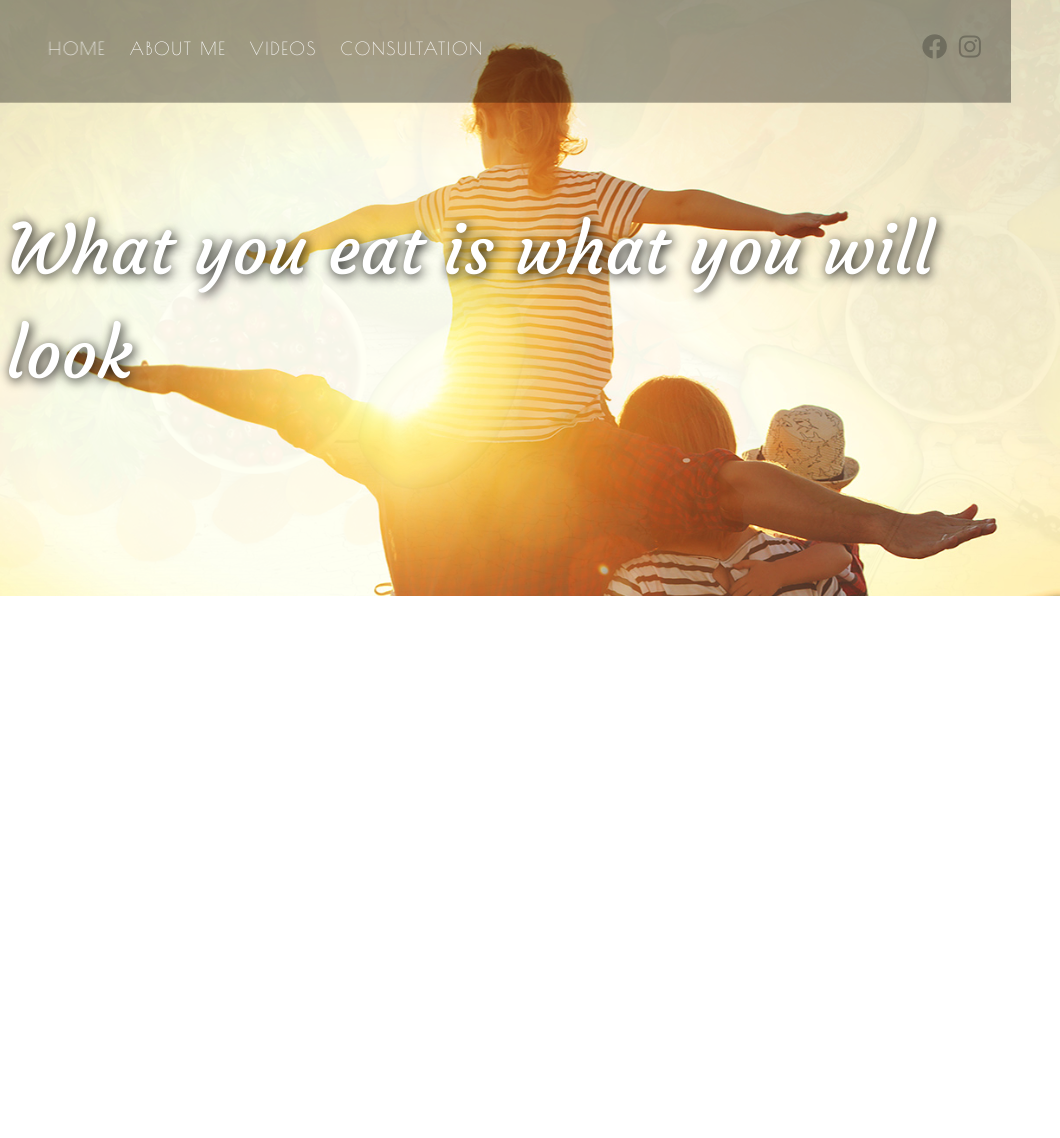
Repository: Aleksandre19/cv-ucmp
Page: index.html
The author's editor kept a record of every edit. The page is drawn from the files as they stood at one moment, then again after the next edit.
The browser window is 1280 px wide. The page is 1342 px wide, so the pictures cover 1342 px, including what lies to the right of the window. The pictures show the whole page, at 79% of full size.
Backgrounds fixed to the window are drawn as part of the page. Some web libraries are served in a nearby version.

Above is the page before.

### index.html
<!DOCTYPE html>
<html lang="en">

<head>
    <meta charset="UTF-8">
    <meta name="viewport" content="width=device-width, initial-scale=1.0">
    <meta http-equiv="X-UA-Compatible" content="ie=edge">
    <link rel="stylesheet" href="https://stackpath.bootstrapcdn.com/bootstrap/4.4.1/css/bootstrap.min.css" integrity="sha384-Vkoo8x4CGsO3+Hhxv8T/Q5PaXtkKtu6ug5TOeNV6gBiFeWPGFN9MuhOf23Q9Ifjh" crossorigin="anonymous">
    <link rel="stylesheet" href="https://cdnjs.cloudflare.com/ajax/libs/hover.css/2.3.1/css/hover-min.css" type="text/css" />
    <link rel="stylesheet" href="https://cdnjs.cloudflare.com/ajax/libs/font-awesome/5.11.2/css/all.min.css" type="text/css" />
    <link rel="stylesheet" href="assets/css/style.css" type="text/css" />
    <title>Document</title>
</head>

<body>

    <!-- All site wrapper div -->
    <div id="wrapper">

        <!-- HEADER -->
        <header class="container-fluid">
            <div class="row">

                <!-- TOP MAIN MENU -->
                <div class="col-10">
                    <nav>
                        <ul class="main-menu">
                            <li><a href="#" class="hvr-float ">home</a></li>
                            <li><a href="#" class="hvr-float">about me</a></li>
                            <li><a href="#" class="hvr-float">videos</a></li>
                            <li><a href="#" class="hvr-float">consultation</a></li>
                        </ul>
                    </nav>
                </div>
                <!-- / TOP MAIN MENU -->

                <!-- TOP SOCIAL LINKS -->
                <div class="col-2 social-links">
                    <!-- I use id sl-wrapper ro sipmly take right margin -->
                    <div id="sl-wrapper">
                        <a href="http://www.facebook.com" target="_blank"><i class="fab fa-facebook"></i></a>
                        <a href="http://www.instagram.com" target="_blank"><i class="fab fa-instagram"></i></a>
                    </div>
                </div>
                <!-- /TOP SOCIAL LINKS -->

            </div>
        </header>
        <!-- /HEADER -->

        <!-- Slideshow section-->
        <div class="slideshow-wrapper">
            <section class="sections slideshow">

            </section>
             <div class="quotes quote-1 ">

            </div>

        </div>

        <!-- /Slideshow section-->


        <!-- Individual approach section-->
        <section class="sections">

        </section>
        <!-- /Individual approach section-->


        <!-- About Me section-->
        <section>

        </section>
        <!-- /About Me section-->


        <!-- Videos section-->
        <section>

        </section>
        <!-- /Videos section-->


        <!-- Feedbacks section-->
        <section>

        </section>
        <!-- /Feedbacks section-->


        <!-- Consultation's section-->
        <section>

        </section>
        <!-- /Consultation's section-->


        <!-- footer section -->
        <footer>

        </footer>
        <!-- /footer section -->

    </div>
    <!-- / All site wrapper div -->
</body>

</html>

### assets/css/style.css
@import url('https://fonts.googleapis.com/css?family=Poiret+One|Courgette');

html,
body {
    height: 100%;
}

* {
    margin: 0;
    padding: 0;
    border: 0;
}

body {
    backgournd-color: #f6f6f6;
    font-size: 1em;
    /* I use 1.414 (Augumental forth) ratio for font scale */
}

#wrapper {
    width: 100%;
    height: 100%;
}


.sections {
    width: 100%;
    height: 100%;
    overflow: hidden;
    position: relative;
}

.slideshow-wrapper {
    width: 100%;
    height: 100%;
    position: relative;
}






/* #################### HEADER ###################### */

header {
    height: 130px;
    background-color: rgba(0, 0, 0, 0.35);
    position: fixed;
    z-index: 1;
}


/*  Main Menu */

.main-menu,
.social-links a {
    /* Aligning menu links and social icons on one line */
    line-height: 120px;
}

.main-menu {
    /* Marging menu from left */
    margin-left: 2%;
}

.main-menu li {
    list-style: none;
    display: inline;
    margin-left: 25px;
}

.main-menu li a {
    font-family: "Poiret One";
    font-size: 1em;
    text-transform: uppercase;
    color: #fff;
    letter-spacing: 2px;
    transition: all 0.35s ease-in-out;
    -webkit-transition: all 0.35s ease-in-out;
    -moz-transition: all 0.35s ease-in-out;
    -o-transition: all 0.35s ease-in-out;
}

.main-menu li a:hover {
    text-decoration: none;
    color: #00dddb;
}

/* END Main Menu */

/* Social Links */

.social-links {
    /* Aligning social links to right */
    text-align: right;
}


#sl-wrapper {
    /* Marging social links from left */
    margin-right: 10%;
}

.social-links a {
    text-decoration: none;
    font-size: 1.414em;
    color: rgba(0, 0, 0, .25);
    margin: 0px 5px;
    transition: color 0.35s ease-in-out;
    -webkit-transition: color 0.35s ease-in-out;
    -moz-transition: color 0.35s ease-in-out;
    -o-transition: color 0.35s ease-in-out;

}


.social-links a:hover {
    color: rgba(0, 219, 221, 1);
}

/* END Social Links */

/* #################### END HEADER ################## */

/* * */

/* #################### SLIDESHOW SECTION ########### */

/* Slider */

.slideshow {
    background: url("../images/food-lg.jpg");
    background-repeat: no-repeat;
    background-position: top;
    background-attachment: fixed;
    animation-name: slideshow-w;
    -webkit-animation-name: slideshow-w;
    -moz-animation-name: slideshow-w;
    -o-animation-name: slideshow-w;
    animation-duration: 20s;
    -webkit-animation-duration: 20s;
    -moz-animation-duration: 20s;
    -o-animation-duration: 20s;
    animation-iteration-count: infinite;
    -webkit-animation-iteration-count: infinite;
    -moz-animation-iteration-count: infinite;
    -o-animation-iteration-count: infinite;



}



@keyframes slideshow-w {

    /* Animation slide transition number 1 */
    0% {
        transform: scale(1);
        background: url("../images/food-lg.jpg");
        background-attachment: fixed;
        content: "What you eat is what you will look.";
    }
    33% {
        transform: scale(1.1);
        background: url("../images/family-lg.jpg");
        background-attachment: fixed;
        content: "bab da bad.";
    }

    /* Animation slide transition number 2 */
    34% {
        transform: scale(1.1);
        background: url("../images/family-lg.jpg");
        background-attachment: fixed;
    }
    66% {
        transform: scale(1);
        background: url("../images/yoga-lg.jpg");
        background-attachment: fixed;
    }


    /* Animation slide transition number 3 */
    67% {
        transform: scale(1);
        background: url("../images/yoga-lg.jpg");
        background-attachment: fixed;
    }
    100% {
        transform: scale(1.1);
        background: url("../images/food-lg.jpg");
        background-attachment: fixed;
    }

}


/* END Slider */

/* */

.slideshow::before {
    content: "What you eat is what you will look.";
    width: 90%;
    min-height: 200px;
    font-family: Courgette;
    font-size: 5.25em;
    position: absolute;
    top: 50%;
    left: 50%;
    margin-left: -45%;
    margin-top: -100px;
    color: #fff;
    text-shadow: 2px 2px 14px #000000;
    -webkit-text-shadow: 2px 2px 14px #000000;
    -moz-text-shadow: 2px 2px 14px #000000;
    -o-text-shadow: 2px 2px 14px #000000;
    animation-name: quotes-anime;
    animation-duration: 15s;
    animation-iteration-count: infinite;
    animation-timing-function: ease-in-out;

}



/**/

/* Quotes Animation */

@keyframes quotes-anime {

    /* Animation slide transition number 1 */
    /*0% {
        content: " What you eat is what you will look ";
    }
    50%{
        content: " A happy family is but an earlier heaven. ";
    }
    100% {
        content: "Paradise is not a place, it’s a state of consciousness ";
    }*/

    0% {
        content: "What you eat is what you will look";
        font-size: 0em;
    }
    8% {

        font-size: 5em;

    }
    16% {
        font-size: 0em;
    }

    24%{
        font-size: 5em;
    }

    100%{
        content: " A happy family is but an earlier heaven.";
    }

}

/* Quotes Animation */

/* ################ END SLIDESHOW SECTION ########### */

/* ######## RESPONSIVE DESIGN ######### */

/* Responsive typography scale for mobile and tablet */

@media (min-width: 376px) {
    /* Adjusting menu links size after mobile  */
    .main-menu li a {
        font-size: 1.414em;
    }

    .social-links a {
        /* Adjusting social links size on tablet and mobile */
        font-size: 1.999em;
    }
}

/* END Responsive typography scale for mobile and tablet */

/* ######## END RESPONSIVE DESIGN ################### */

After the next edit:
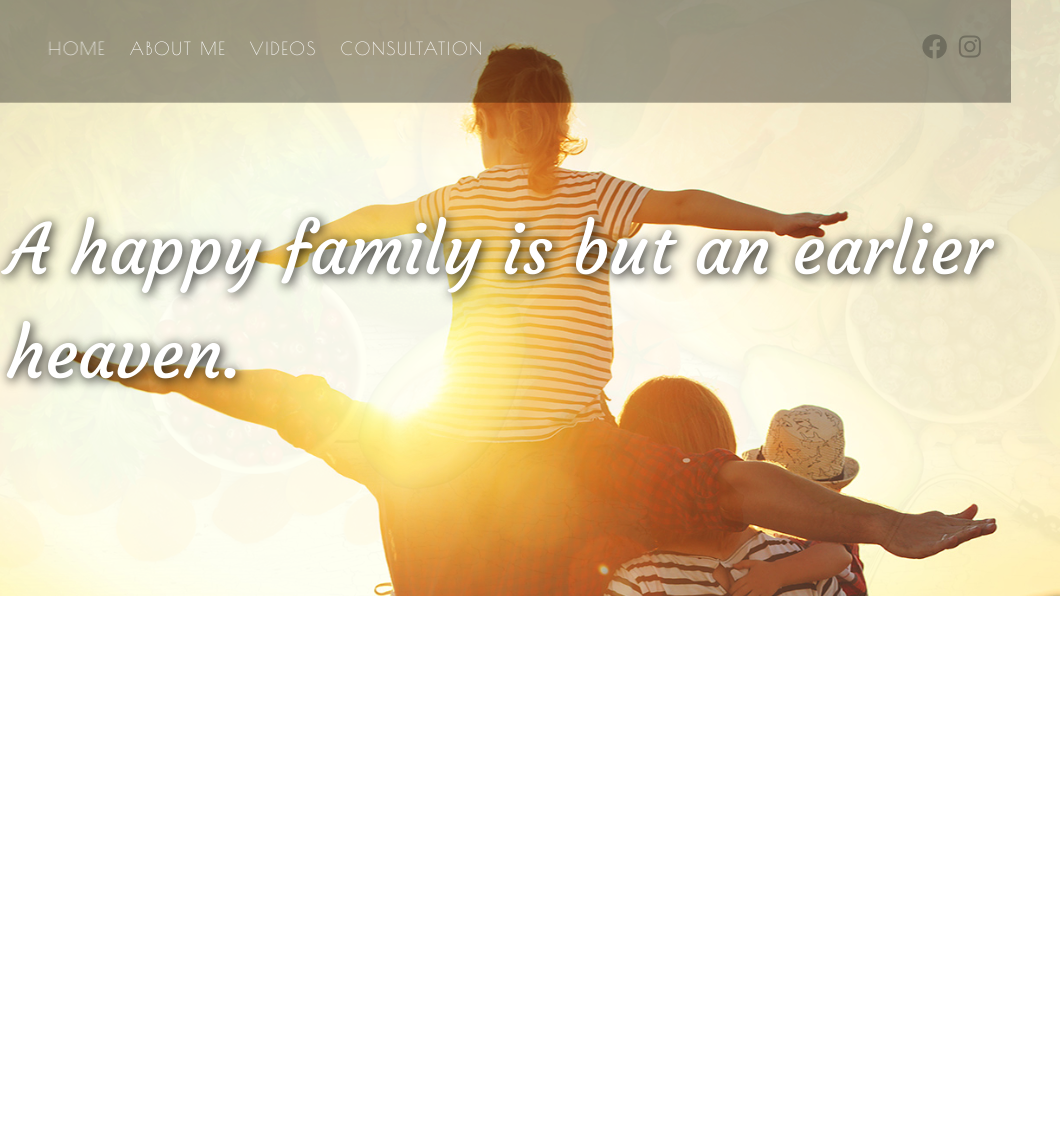
The edit:
--- a/assets/css/style.css
+++ b/assets/css/style.css
@@ -260,7 +260,7 @@
         font-size: 5em;
     }
 
-    100%{
+    33%{
         content: " A happy family is but an earlier heaven.";
     }
 
